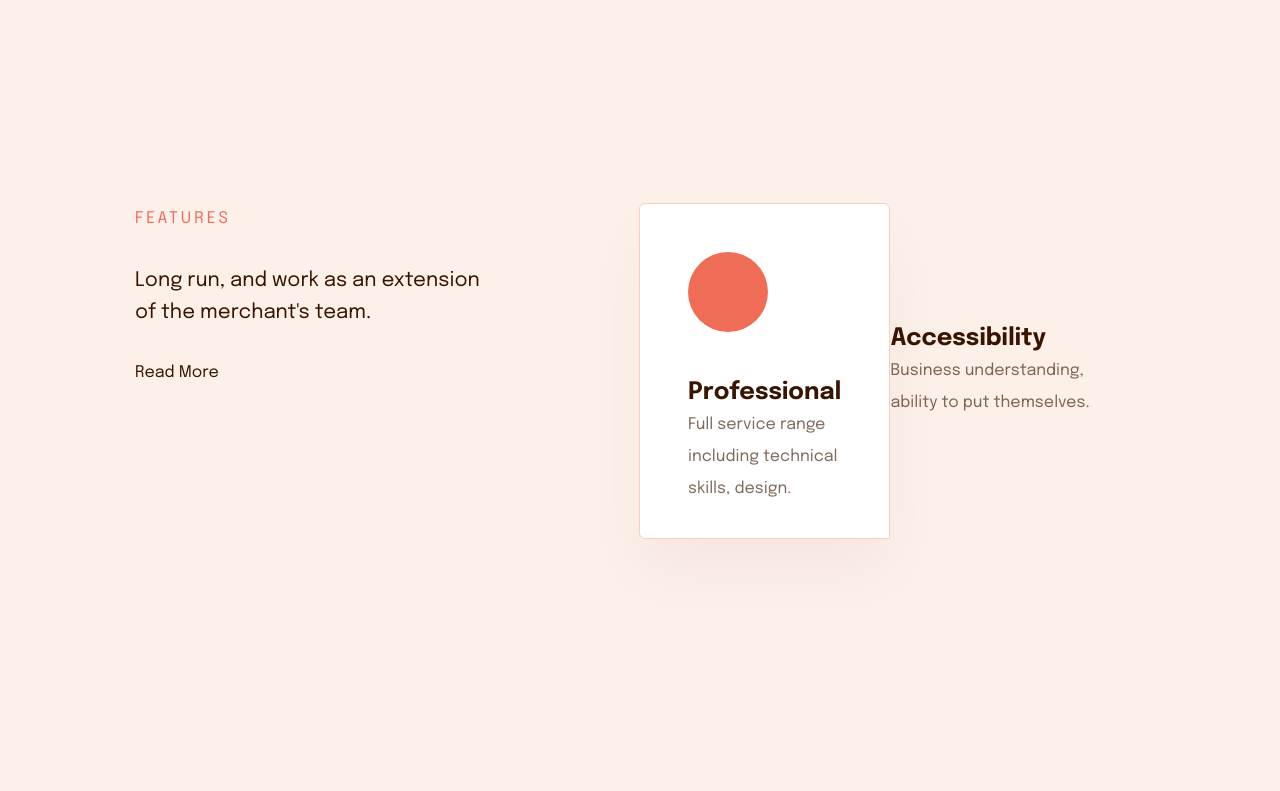
Repository: kubrazamanova/Project-7
Page: index.html
The author's editor kept a copy of each file at every save. The page is drawn from the files as they stood at one save, then again after a run of saves.
The browser window is 1280 px wide. The pictures show the whole page.

Above is the page before, as saved 2023-09-23 10:34:11.

After the next 4 saves:
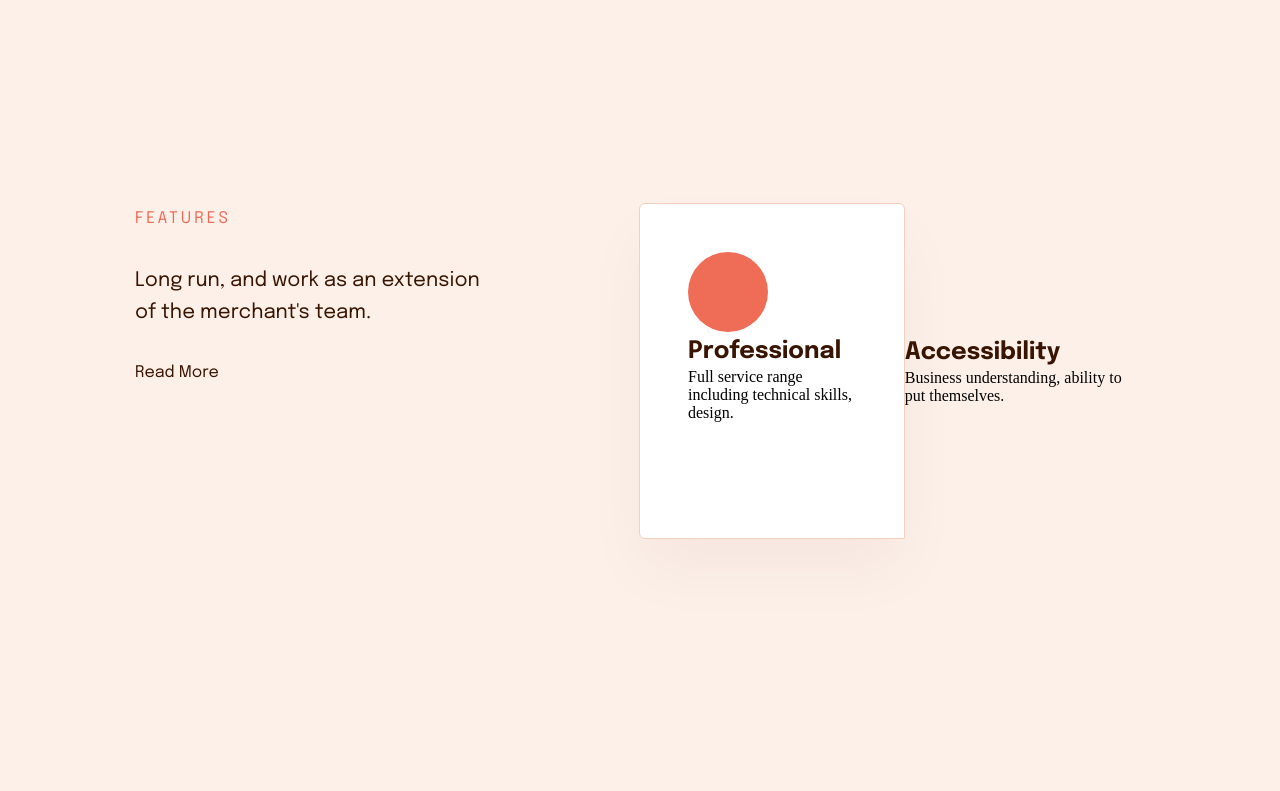
The 4 saves are shown as one change because they came seconds apart.
The last was saved 13 s later.
--- a/index.html
+++ b/index.html
@@ -16,7 +16,7 @@
 
       <ul>
         <li class="white-box">
-          <div class="box-3">
+
             <svg
               xmlns="http://www.w3.org/2000/svg"
               width="80"
@@ -28,13 +28,13 @@
             </svg>
             <h2>Professional</h2>
             <span>Full service range including technical skills, design.</span>
-          </div>
+
         </li>
         <li>
-          <div class="box-3">
+
             <h2>Accessibility</h2>
             <span>Business understanding, ability to put themselves.</span>
-          </div>
+
         </li>
       </ul>
     </div>
